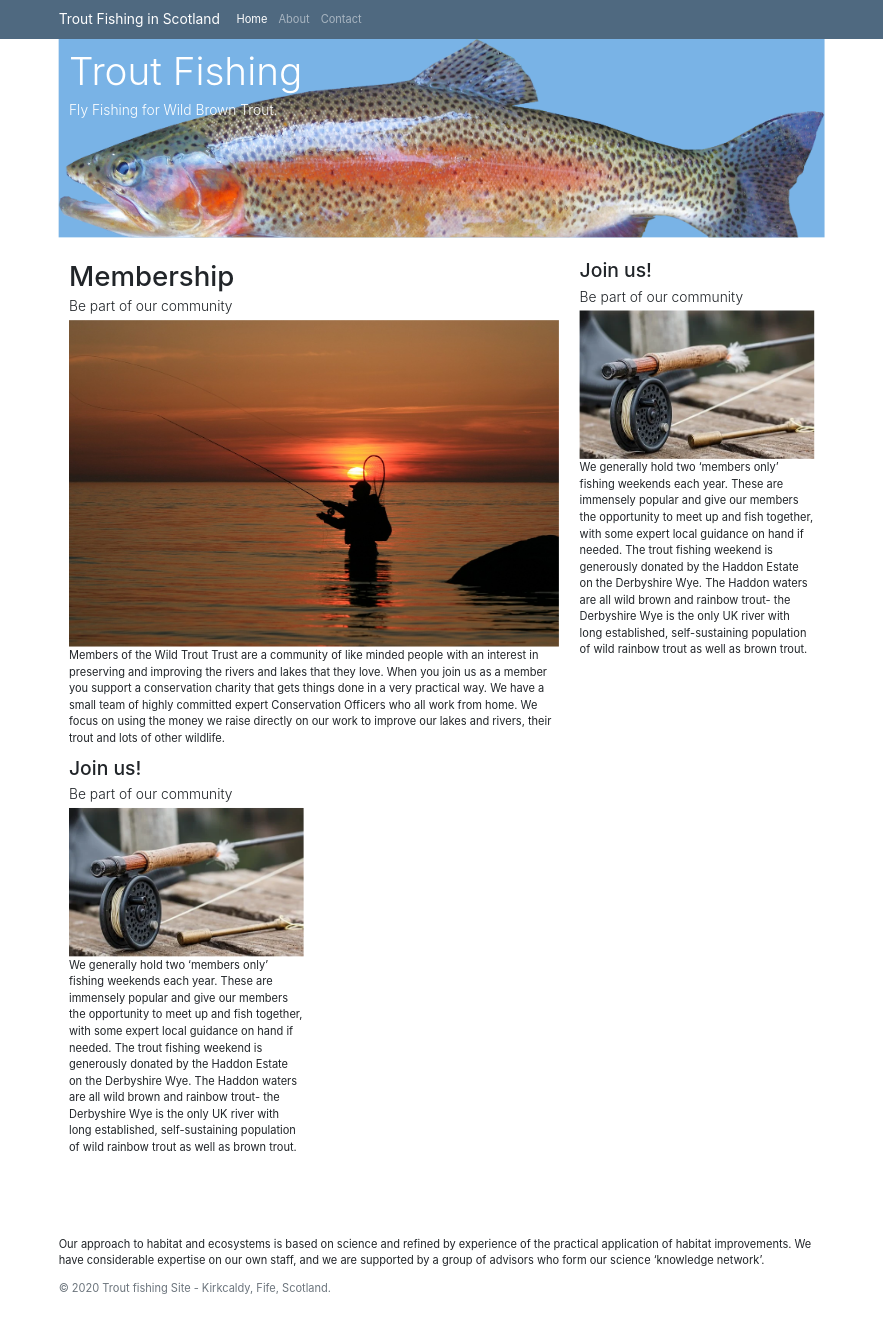
Repository: adrian9211/College_project
Page: index.html
An editor plug-in stored every save of this project. The page is shown before and after a run of saves, followed by the edit.
The browser window is 1280 px wide. The pictures show the whole page, at 69% of full size.

Above is the page before, as saved 2020-11-04 10:33:04.

After the next 3 saves:
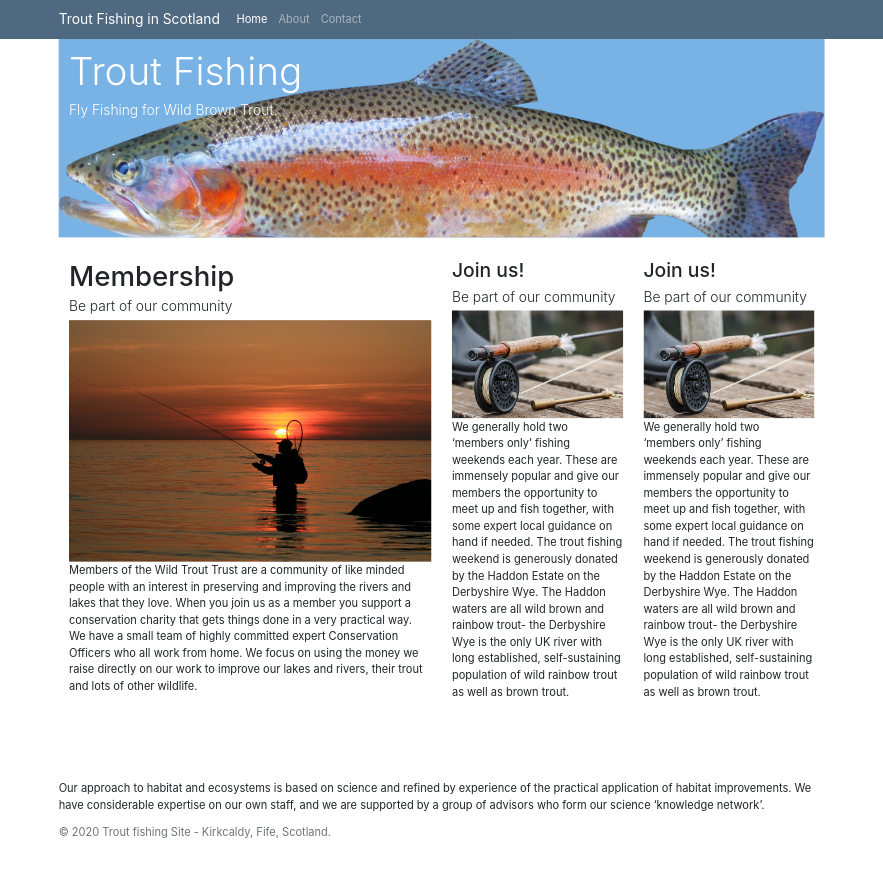
The 3 saves are shown as one change because they came seconds apart.
The last was saved 12 s later.
--- a/index.html
+++ b/index.html
@@ -48,7 +48,7 @@
       <!-- Main section start -->
       <div class="container">
         <div class="row">
-          <div class="col-sm-8">
+          <div class="col-sm-6">
             <h1>
               Membership
             </h1>
@@ -56,7 +56,7 @@
             <img src="img/large/angler-3308264_1280.jpg" alt="angler" class="img-fluid">
             <p>Members of the Wild Trout Trust are a community of like minded people with an interest in preserving and improving the rivers and lakes that they love. When you join us as a member you support a conservation charity that gets things done in a very practical way. We have a small team of highly committed expert Conservation Officers who all work from home. We focus on using the money we raise directly on our work to improve our lakes and rivers, their trout and lots of other wildlife. </p>
           </div>
-          <div class="col-sm-4">
+          <div class="col-sm-3">
             <h3>
               Join us!
             </h3>
@@ -66,7 +66,7 @@
 
               The trout fishing weekend is generously donated by the Haddon Estate on the Derbyshire Wye. The Haddon waters are all wild brown and rainbow trout- the Derbyshire Wye is the only UK river with long established, self-sustaining population of wild rainbow trout as well as brown trout.</p>
           </div>
-          <div class="col-sm-4">
+          <div class="col-sm-3">
             <h3>
               Join us!
             </h3>
